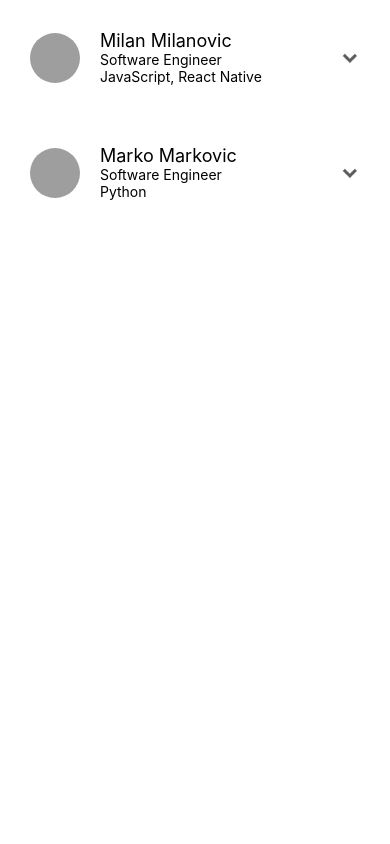
Repository: likanbl/intern-feature
Screen: /
An editor plug-in stored every save of this project. The screen is shown before and after the next save, followed by the edit.
Pictures or frames that could not be fetched are drawn as grey boxes. The app was drawn by React Native's web renderer in a window 390 px wide. The project was rebuilt for these pictures with package versions that can differ from the ones it lists, and the page was loaded fresh each time.

Above is the screen before, as saved 2019-09-16 09:40:29.

### App.js
/**
 * Sample React Native App
 * https://github.com/facebook/react-native
 *
 * @format
 * @flow
 */

import React, {Component} from 'react';

import Home from './src/components/home/Home';

export default class App extends Component {
  render() {
    return <Home></Home>;
  }
}

### src/components/home/Home.js
import React, {Component} from 'react';
import {View, FlatList, Text, StyleSheet} from 'react-native';
import {Card} from 'react-native-elements';
import {HomeItem} from './HomeItem';

const Data = [
  {
    Name: 'Milan Milanovic',
    role: 'Software Engineer',
    skills: 'JavaScript, React Native',
    additionalInfo: 'Milan Milanovic description',
  },
  {
    Name: 'Marko Markovic',
    role: 'Software Engineer',
    skills: 'Python',
    additionalInfo: 'Marko Markovic description',
  },
];
export default class Home extends Component {
  renderItem = ({item}) => <HomeItem item={item} />;

  render() {
    return (
      <View>
        <FlatList
          data={Data}
          renderItem={this.renderItem}
          keyExtractor={Data.id}
        />
      </View>
    );
  }
}

### src/components/home/HomeItem.js
import React, {Component} from 'react';
import {
  View,
  Text,
  Image,
  TouchableWithoutFeedback,
  StyleSheet,
} from 'react-native';
import PropTypes from 'prop-types';
import {images} from '../../assets/images';
import {Avatar} from 'react-native-elements';
import styles from './styles';

const propTypes = {
  item: PropTypes.object,
};

class HomeItem extends Component {
  state = {
    isSelected: false,
  };

  onPress = () => {
    this.setState((prevState, prevProps) => ({
      isSelected: !prevState.isSelected,
    }));
  };

  renderDetails = () => (
    <View style={styles.titleContainer}>
      <Text style={styles.description}>{this.props.item.additionalInfo}</Text>
    </View>
  );

  render() {
    const {isSelected} = this.state;
    return (
      <View style={styles.cardView}>
        <View style={styles.container}>
          <TouchableWithoutFeedback onPress={this.onPress}>
            <View style={styles.titleContainer}>
              <View>
                <Avatar
                  size="medium"
                  rounded
                  source={{
                    uri:
                      'https://s3.amazonaws.com/uifaces/faces/twitter/ladylexy/128.jpg',
                  }}
                />
              </View>
              <View style={styles.nameRole}>
                <Text style={styles.title}>{this.props.item.Name}</Text>
                <Text style={styles.role}>{this.props.item.role}</Text>
                <Text style={styles.role}>{this.props.item.skills}</Text>
              </View>
              <Image
                source={isSelected ? images.close : images.expand}
                style={styles.image}
              />
            </View>
          </TouchableWithoutFeedback>
          {isSelected && this.renderDetails()}
        </View>
      </View>
    );
  }
}
HomeItem.propTypes = propTypes;

export {HomeItem};

### src/assets/images.js
export const images = {
  expand: require('../../resources/expand.png'),
  close: require('../../resources/close.png'),
};

### src/components/home/styles.js
import {StyleSheet} from 'react-native';

export default StyleSheet.create({
  cardView: {
    flex: 1,
    padding: 15,
  },
  container: {
    flex: 1,
    flexDirection: 'column',
    elevation: 2,

    borderRadius: 4,
    padding: 15,
  },
  avatarContainer: {
    flex: 1,
    alignItems: 'flex-start',
    justifyContent: 'center',
  },
  nameRole: {
    flex: 2,
    alignItems: 'flex-start',
    justifyContent: 'center',
    marginLeft: 20,
  },

  titleContainer: {
    flexDirection: 'row',
    justifyContent: 'space-around',
    alignItems: 'center',
  },
  title: {
    flex: 1,
    fontSize: 18,
  },
  role: {
    flex: 1,
    fontSize: 14,
  },
  description: {
    flex: 1,
    fontSize: 22,
    color: 'gray',
    paddingTop: 10,
  },
  image: {
    width: 20,
    height: 20,
  },
});

After the next save:
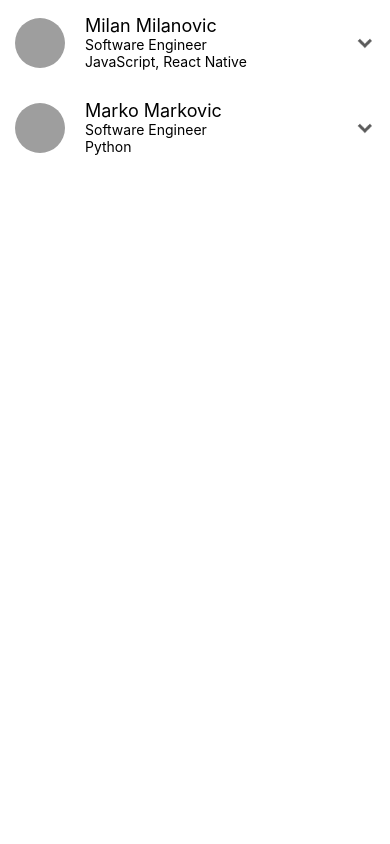
Saved 66 s later.
--- a/src/components/home/styles.js
+++ b/src/components/home/styles.js
@@ -5,11 +5,10 @@ export default StyleSheet.create({
     flex: 1,
     padding: 15,
   },
-  container: {
+  cardContainer: {
     flex: 1,
     flexDirection: 'column',
     elevation: 2,
-
     borderRadius: 4,
     padding: 15,
   },

After the save that followed:
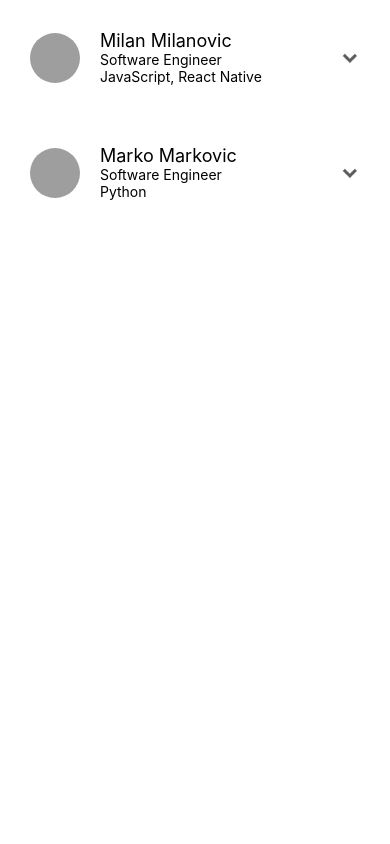
Saved 6 s later.
--- a/src/components/home/HomeItem.js
+++ b/src/components/home/HomeItem.js
@@ -36,7 +36,7 @@ class HomeItem extends Component {
     const {isSelected} = this.state;
     return (
       <View style={styles.cardView}>
-        <View style={styles.container}>
+        <View style={styles.cardContainer}>
           <TouchableWithoutFeedback onPress={this.onPress}>
             <View style={styles.titleContainer}>
               <View>
